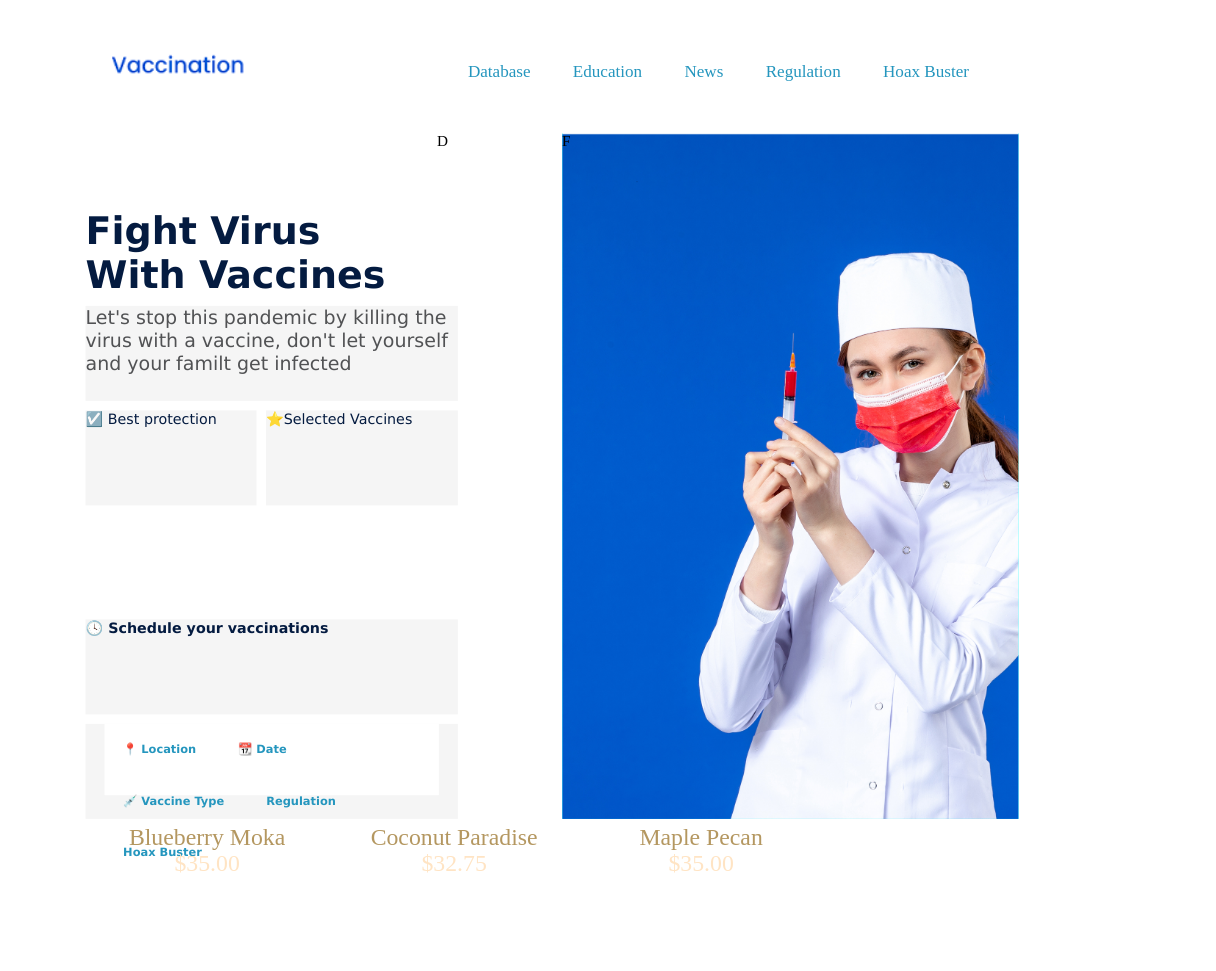
Repository: roge64/cssfrontend
Page: index.html
An editor plug-in stored every save of this project. The page is shown before and after the next save, followed by the edit.
The browser window is 1280 px wide. The pictures show the part of the page from y = 0 to 1022 px (the page is 2338 px tall), at 95% of full size.
A picture or video elsewhere on the page could not be fetched, so the positions and the page height are approximate.

Above is the page before, as saved 2022-03-10 17:22:37.

### index.html
<!DOCTYPE html>
<html lang="en">

<head>
    <meta charset="UTF-8">
    <meta http-equiv="X-UA-Compatible" content="IE=edge">
    <meta name="viewport" content="width=device-width, initial-scale=1.0">
    <title>3 Cakes</title>
    <link rel="stylesheet" href="estilos/estilos.css">


</head>

<body>

    <section id="container">

        <header>
            <!--             <p style="color:#b49760"> Only 3 cakes for 3 months, and then we change all! </p> -->

        </header>

    <section id="banner">

        <article id="banner1">

        </article>

        <article id="banner2">
            <ul class="menu">
                <li><a href="#home"></a>Database</li>
                <li><a href="#cakes"></a>Education</li>
                <li><a href="#decor"></a>News</li>
                <li><a href="#order"></a>Regulation</li>
                <li><a href="#admin"></a>Hoax Buster</li>
                <!-- <li><a href="#void"></a>   </li> -->
            </ul>
        </article>

    </section>


<!--     <section id="tienda">
        <article id="cake1"> </article>
        <article id="cake2"> </article>
        <div class="wrapper">
            <div class="box e">E</div>
            <div class="box f">F</div>
            <div class="box g">G</div>
            <div class="box h">H</div>
        </div>
    </section> -->

    <div class="wrapper">
        <div class="box d">D</div>
        <div class="box e" style="color:#041b40">Fight Virus With Vaccines</div>
        <div class="box f">F</div>
        <div class="box g" style="color:#515254"> Let's stop this pandemic by killing the virus with a vaccine, don't let yourself and your familt get infected</div>
        <div class="box h" style="color:#041b40">☑️ Best protection</div>
        <div class="box i" style="color:#041b40"> ⭐Selected Vaccines</div>
        <div class="box j" style="color:#041b40"> 🕓 Schedule your vaccinations</div>
        <article id="banner3">
            <ul class="menu">
                <li><a href="#home"></a>📍 Location</li>
                <li><a href="#cakes"></a>📆 Date</li>
                <li><a href="#decor"></a>💉 Vaccine Type</li>
                <li><a href="#order"></a>Regulation</li>
                <li><a href="#admin"></a>Hoax Buster</li>
                <!-- <li><a href="#void"></a>   </li> -->
            </ul>
        </article>

    </div>

    <section id="names">
        <article id="name1">
            <p style="color:#b49760"> Blueberry Moka</p>
            <p style="color: bisque"> $35.00</p>
        </article>
        <article id="name2">
            <p style="color:#b49760"> Coconut Paradise</p>
            <p style="color: bisque"> $32.75</p>
        </article>
        <article id="name3">
            <p style="color:#b49760"> Maple Pecan</p>
            <p style="color: bisque"> $35.00</p>
        </article>
    </section>

    <section id="separador">


    </section>

    <section id="social">
        <article id="social1">
            <a href="#"><img src="img/instagram.png" alt="instagram"></a>
            <a href="#"><img src="img/facebook.png" alt="facebook"></a>
            <a href="#"><img src="img/youtube.png" alt="youtube"></a>
            <a href="#"><img src="img/twitter.png" alt="twitter"></a>
        </article>

        <article id="social2">
            <div id="lte_icons-2" class="widget widget_lte_icons">
                <h3 class="lte-header-widget " style="color:bisque"><span class="widget-icon"></span>Contact us
                </h3>
                <ul class="lte-social-icons-list">
                    <li>
                        <a href="#"><span class="lte-ic icon icon-phone-call"></span><span class="lte-header"
                                style="color:bisque">Phone:</span><span class="lte-txt" style="color:#b49760">+52
                                01-2345-6789<br> </span>
                        </a>
                    </li>
                    <li>
                        <a href="#"><span class="lte-ic icon icon-location"></span><span class="lte-header"
                                style="color:bisque">Our location:</span><span class="lte-txt" style="color:#b49760">975
                                FrontEnd Ave, NA 105048, Unknown</span>
                        </a>
                    </li>
                    <li>
                        <a href="#"><span class="lte-ic icon icon-mail"></span><span class="lte-header"
                                style="color:bisque">Email:</span><span class="lte-txt"
                                style="color:#b49760">3cakes@3cakes.com</span>
                        </a>
                    </li>
                    <li>
                        <a href="#">
                            <span class="lte-ic icon icon-mail"></span>
                            <span class="lte-header" style="color:bisque">Hours:</span>
                            <span class="lte-txt" style="color:#b49760">Monday - Friday: 10:00 - 20:00</span>
                            <br>
                            <span class="lte-txt" style="color:#b49760">Saturday -Sunday: 10:00 - 14:00</span>
                        </a>
                    </li>
                </ul>
            </div>

        </article>
    </section>


    <footer>
        <p style="color:#b49760"> Copyright &copy; 2021-<script>
                document.write(new Date().getFullYear())
            </script> Rogelio Valdés All Rights Reserved</p>
        <article id="footer1"></article>
    </footer>

    </section>

</body>

</html>

### estilos/estilos.css
*{
    border: 0 ;
    margin: 0 ;
    padding: 0;
/*     text-decoration: none; */
}

body{
/*     font-family: Geneva; */
    background-color: rgb(0, 0, 0);
    width:1100px;
    margin-left:auto;
    margin-right:auto;

    background-color:white;
/* background-image:
radial-gradient(circle at 100% 150%, black 24%, #101010 24%, #101010 28%, black 28%, black 36%, #101010 36%, #101010 40%, transparent 40%, transparent),
radial-gradient(circle at 0    150%, black 24%, #101010 24%, #101010 28%, black 28%, black 35%, #101010 36%, #101010 40%, transparent 40%, transparent),
radial-gradient(circle at 50%  100%, #101010 10%, black 10%, black 23%, #101010 23%, #101010 30%, black 30%, black 43%, #101010 43%, #101010 50%, black 50%, black 63%, #101010 63%, #101010 71%, transparent 71%, transparent),
radial-gradient(circle at 100% 50%, #101010 5%, black 5%, black 15%, #101010 15%, #101010 20%, black 20%, black 29%, #101010 29%, #101010 34%, black 34%, black 44%, #101010 44%, #101010 49%, transparent 49%, transparent),
radial-gradient(circle at 0    50%, #101010 5%, black 5%, black 15%, #101010 15%, #101010 20%, black 20%, black 29%, #101010 29%, #101010 34%, black 34%, black 44%, #101010 44%, #101010 48%, transparent 49%, transparent);
background-size: 50px 31px;
 */
}

.menu{
    list-style: none;
    padding: 0;
    background: white;
    width: 90%;
    height: 75px;
    max-width: 900px;
    margin: auto;
}

.menu li{
    text-decoration: none;
    color: #2596be;
    padding: 20px;
    display: block;
}

.menu li{
    display: inline-block;
    text-align: right;
}

.menu li:hover{
    background: #2747c5;
}


#container, header, #banner, #noticias, #marcas, footer, #social1{
    /* background-color:rgb(255, 255, 255); */
    background-color:white;
/* background-image:
radial-gradient(circle at 100% 150%, black 24%, #101010 24%, #101010 28%, black 28%, black 36%, #101010 36%, #101010 40%, transparent 40%, transparent),
radial-gradient(circle at 0    150%, black 24%, #101010 24%, #101010 28%, black 28%, black 35%, #101010 36%, #101010 40%, transparent 40%, transparent),
radial-gradient(circle at 50%  100%, #101010 10%, black 10%, black 23%, #101010 23%, #101010 30%, black 30%, black 43%, #101010 43%, #101010 50%, black 50%, black 63%, #101010 63%, #101010 71%, transparent 71%, transparent),
radial-gradient(circle at 100% 50%, #101010 5%, black 5%, black 15%, #101010 15%, #101010 20%, black 20%, black 29%, #101010 29%, #101010 34%, black 34%, black 44%, #101010 44%, #101010 49%, transparent 49%, transparent),
radial-gradient(circle at 0    50%, #101010 5%, black 5%, black 15%, #101010 15%, #101010 20%, black 20%, black 29%, #101010 29%, #101010 34%, black 34%, black 44%, #101010 44%, #101010 48%, transparent 49%, transparent);
background-size: 50px 31px;
 */
    height: 1500px;
    width: 1100px;

}

header{
/*     background-color:antiquewhite;
 */
    height: 40px;
    text-align: center;
    font-size: x-large;

}

#banner{
    background-color:white;
/*     background-color:rgb(25, 25, 25); */
    width: 1100px;
    height: 100px;


}


#noticias{
/*     background-color: antiquewhite;
 */
    height: 200px;
}

#tienda #names{
/*     background-color: grey; */
/* background-color:black;
background-image:
radial-gradient(circle at 100% 150%, black 24%, #101010 24%, #101010 28%, black 28%, black 36%, #101010 36%, #101010 40%, transparent 40%, transparent),
radial-gradient(circle at 0    150%, black 24%, #101010 24%, #101010 28%, black 28%, black 35%, #101010 36%, #101010 40%, transparent 40%, transparent),
radial-gradient(circle at 50%  100%, #101010 10%, black 10%, black 23%, #101010 23%, #101010 30%, black 30%, black 43%, #101010 43%, #101010 50%, black 50%, black 63%, #101010 63%, #101010 71%, transparent 71%, transparent),
radial-gradient(circle at 100% 50%, #101010 5%, black 5%, black 15%, #101010 15%, #101010 20%, black 20%, black 29%, #101010 29%, #101010 34%, black 34%, black 44%, #101010 44%, #101010 49%, transparent 49%, transparent),
radial-gradient(circle at 0    50%, #101010 5%, black 5%, black 15%, #101010 15%, #101010 20%, black 20%, black 29%, #101010 29%, #101010 34%, black 34%, black 44%, #101010 44%, #101010 48%, transparent 49%, transparent);
background-size: 50px 31px; */

    height: 300px;
    width: 1000px;
    padding-left: 10px;
    padding-right: 10px;
    padding-top: 5px;
    text-align: center;
}

#marcas{
/*     background-color:rgb(58, 41, 18); */
    height: 205px;
}


footer{
    width: 800px;
/*     background-color:rgb(0, 0, 0); */
    text-align: center;
    height: 25px;
    padding-top: 7px;

}


#banner #banner1{
/*     background-color: rgb(180, 134, 73); */
    width: 170px;
    height: 50px;
    float: left;
    text-align: center;
/*     display: inline-block; */
    margin: 5px 5px;
    background-image: url("../img/logo1.png");
    background-repeat: no-repeat;
    background-size: cover;
}

#banner #banner2{
/*     background-color: rgb(180, 134, 73); */
    width: 750px;
    height: 100px;
    float: right;
/*     display: inline-block; */
    /* vertical-align: center;  */
    margin: 5px 5px;
    font-size: 18px;
}

#noticias #news1{
/*     background-color: rgb(41, 38, 34); */
    font-size: 50px;

    text-align: center;
    width: 790px;
    height: 200px;
    display: inline-block;
    vertical-align: center;
    margin: 5px 5px;

}


#tienda #cake1{
    background: rgb(109, 175, 33);
    width: 480px;
    height: 485px;
    display: inline-block;
    vertical-align: top;
    margin: 5px 8px;

}

#tienda #cake2{
    background: cornflowerblue;
    width: 450px;
    height: 585px;
    display: inline-block;
    vertical-align: top;
    margin: 5px 70px;
    background-image: url("../img/picx1.png");
    background-repeat: no-repeat;
    background-size: cover;
}

/* #tienda #cake3{
    background: rgb(175, 169, 112);
    width: 240px;
    height: 285px;
    display: inline-block;
    vertical-align: top;
    margin: 5px 5px;
} */

#names #name1{
    font-size: 25px;
    text-align: center;
    width: 240px;
    height: 60px;
    display: inline-block;
    vertical-align: top;
    margin: 5px 8px;
}

#names #name2{
    font-size: 25px;
    text-align: center;
    width: 240px;
    height: 60px;
    display: inline-block;
    vertical-align: top;
    margin: 5px 8px;
}

#names #name3{
    font-size: 25px;
    text-align: center;
    width: 240px;
    height: 60px;
    display: inline-block;
    vertical-align: top;
    margin: 5px 8px;
}

#social #social1{
    text-decoration: none;
/*     background: rgb(109, 175, 33); */
    width: 375px;
    height: 150px;
    display: inline-block;
    vertical-align: center;
    margin: 10px 12px;
}

#social #social2{
    text-decoration: none;
/*     background: rgb(109, 175, 33); */
    width: 375px;
    height: 150px;
    display: inline-block;
    vertical-align: center;
    margin: 10px 10px;
}

#social #social1 {
    color: rgb(175, 169, 112);


}

#separador {
        width: 800px;
        text-align: center;
        height: 100px;

}

.wrapper {
    display: grid;
    grid-template-columns: repeat(1, 1fr);
    gap: 10px;
    grid-auto-rows: minmax(100px, auto);
  }


  .e {
    grid-column: 1 / 38;
    grid-row: 1 / 2;
    margin-top: 80px;
    background-color:white;
    font-family:Verdana, Geneva, Tahoma, sans-serif;
    font-size: 40px;
    font-weight: 600;
    font-stretch: expanded;
  }
  .f {
    grid-column: 50 / 99;
    grid-row: 1 / 7;
    background-color:aqua;
    background-image: url("../img/picx1.png");
    background-repeat: no-repeat;
    background-size: cover;

  }
  .g {
    grid-column: 1 / 40;
    grid-row: 2 / 3;
    margin-top: 20;
    background-color:whitesmoke;
    font-family:Verdana, Geneva, Tahoma, sans-serif;
    font-size: 20px;
    font-weight: 500;
    font-stretch: expanded;
  }
  .h {
    grid-column: 1 / 20;
    grid-row: 3 / 3;
    background-color:whitesmoke;
    font-family:Verdana, Geneva, Tahoma, sans-serif;
    font-size: 15px;
    font-weight: 200;
    font-stretch: expanded;
  }
  .i {
    grid-column: 20 / 40;
    grid-row: 3 / 3;
    background-color:whitesmoke;
    font-family:Verdana, Geneva, Tahoma, sans-serif;
    font-size: 15px;
    font-weight: 200;
    font-stretch: expanded;
  }
  .j {
    grid-column: 1 / 40;
    grid-row: 5 / 5;
    background-color:whitesmoke;
    font-family:Verdana, Geneva, Tahoma, sans-serif;
    font-size: 15px;
    font-weight: 600;
    font-stretch: expanded;
  }
  .k {
    grid-column: 1 / 40;
    grid-row: 6 / 6;
    background-color:whitesmoke;
    font-family:Verdana, Geneva, Tahoma, sans-serif;
    font-size: 15px;
    font-weight: 600;
    font-stretch: expanded;
  }

  #banner3 {
    grid-column: 1 / 40;
    grid-row: 6 / 6;
    background-color:whitesmoke;
    font-family:Verdana, Geneva, Tahoma, sans-serif;
    font-size: 12px;
    font-weight: 600;
    font-stretch: expanded;
  }

After the next save:
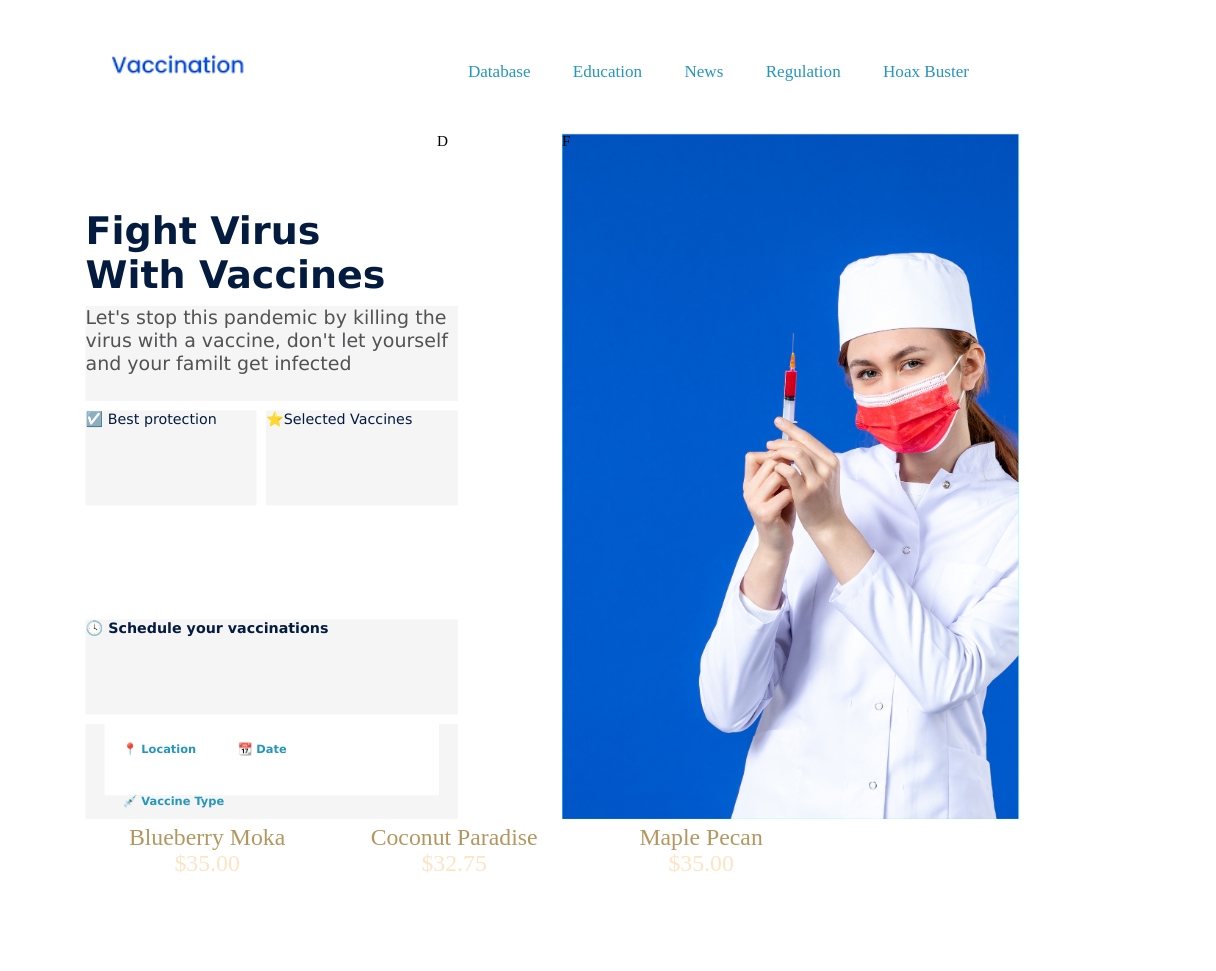
Saved 17 s later.
--- a/index.html
+++ b/index.html
@@ -64,9 +64,7 @@
                 <li><a href="#home"></a>📍 Location</li>
                 <li><a href="#cakes"></a>📆 Date</li>
                 <li><a href="#decor"></a>💉 Vaccine Type</li>
-                <li><a href="#order"></a>Regulation</li>
-                <li><a href="#admin"></a>Hoax Buster</li>
-                <!-- <li><a href="#void"></a>   </li> -->
+
             </ul>
         </article>
 
